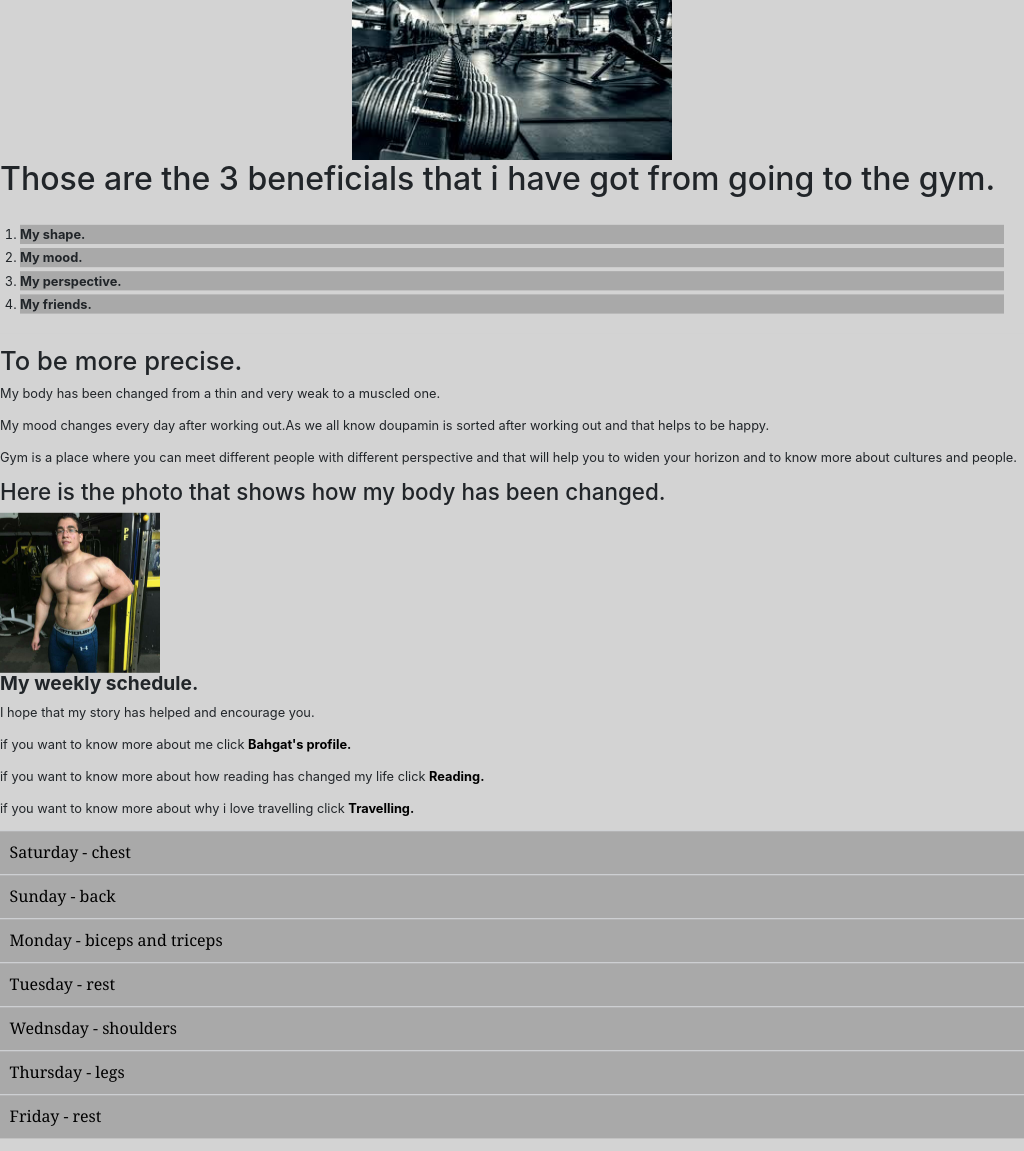
Repository: bahgaat/cs50
Page: environment/pset5/homepage/Working out.html
The author's editor kept a record of every edit. The page is drawn from the files as they stood at one moment, then again after the next edit.
The browser window is 1280 px wide. The pictures show the whole page, at 80% of full size.

Above is the page before.

After the next edit:
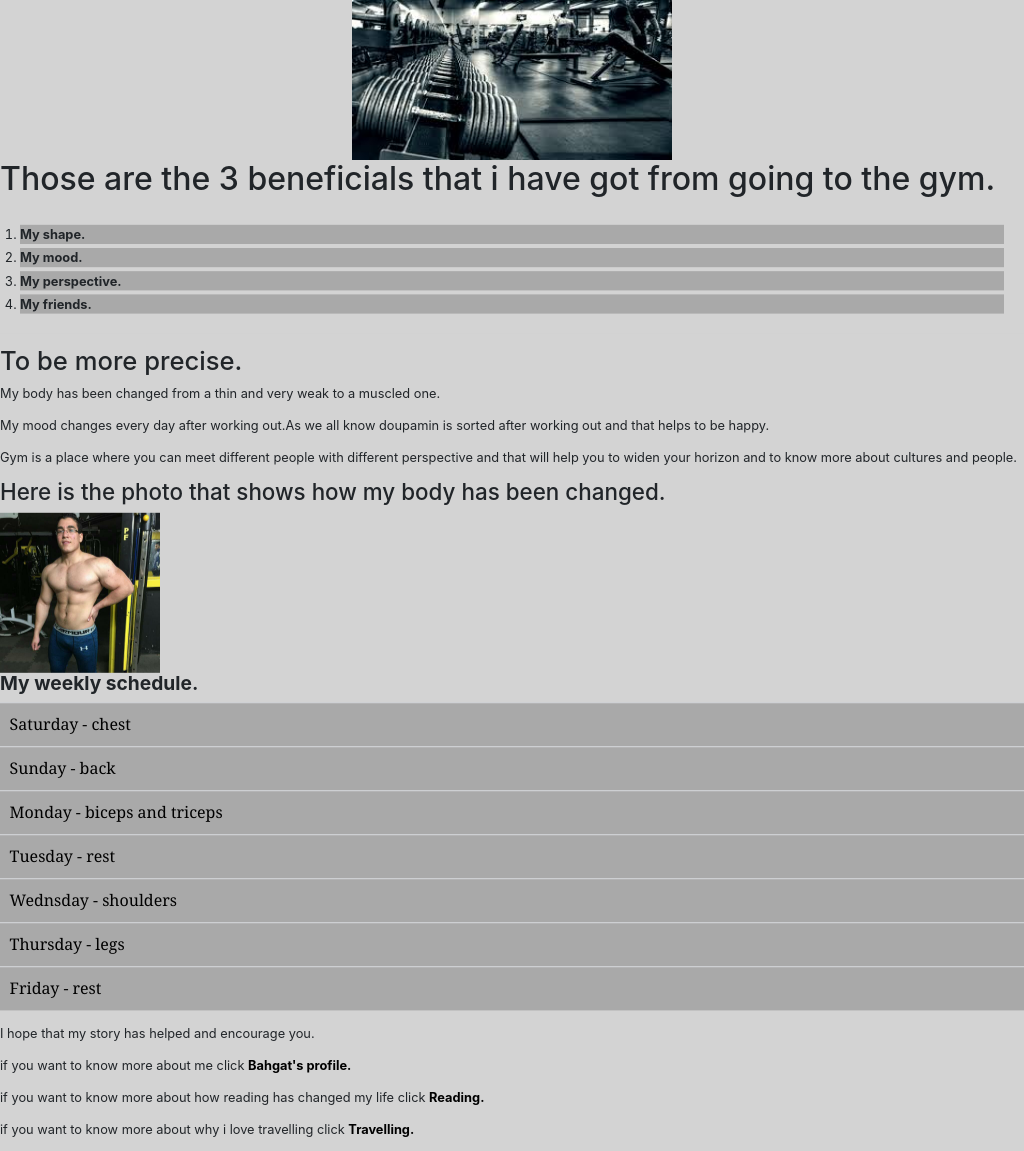
The edit:
--- a/environment/pset5/homepage/Working out.html
+++ b/environment/pset5/homepage/Working out.html
@@ -46,6 +46,7 @@
              <tr>
                    <td>Friday - rest</td>
              </tr>
+           </table>
 
              <p> I hope that my story has helped and encourage you.</p>
              <p>if you want to know more about me click <a href="index.html"><b>Bahgat's profile.</b></a></p>
